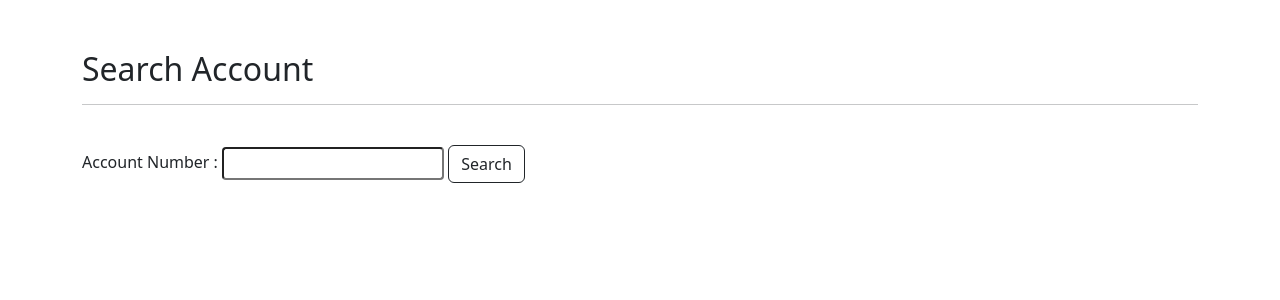
Repository: Kapil-06/My-Java-Projects
Page: AJAX Module/src/main/webapp/SearchAccountUsingAjax.html
These files come from the project's save history. The page is drawn as it stood at one moment and after the next save; the edit follows.
The browser window is 1280 px wide. The pictures show the whole page.

Above is the page before, as saved 2023-06-12 05:37:42.

After the next save:
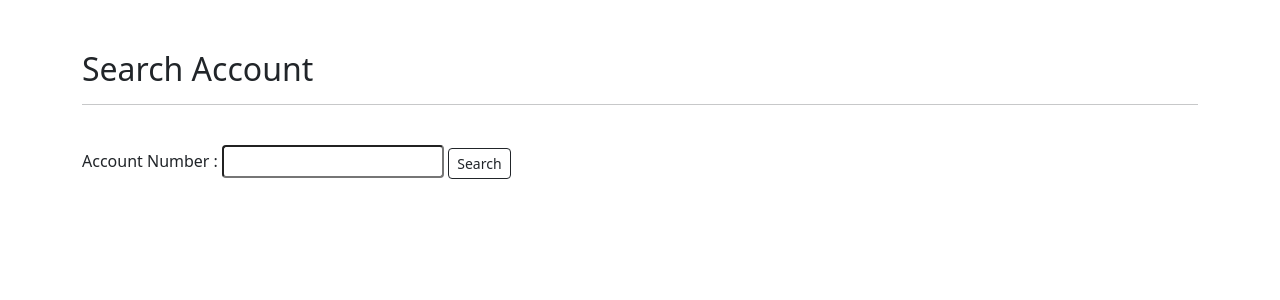
Saved 16 s later.
--- a/AJAX Module/src/main/webapp/SearchAccountUsingAjax.html
+++ b/AJAX Module/src/main/webapp/SearchAccountUsingAjax.html
@@ -42,7 +42,7 @@
         <form name="frm">
             Account Number :
             <input type="number" name="accno" class="form-control-sm">
-            <input type="button" value="Search" class="btn btn-outline-dark" onclick="makeGetRequest()">
+            <input type="button" value="Search" class="btn btn-outline-dark btn-sm" onclick="makeGetRequest()">
         </form>
         <br>
 		<div class="container" style="margin-left: 30px;" id="res"></div>
